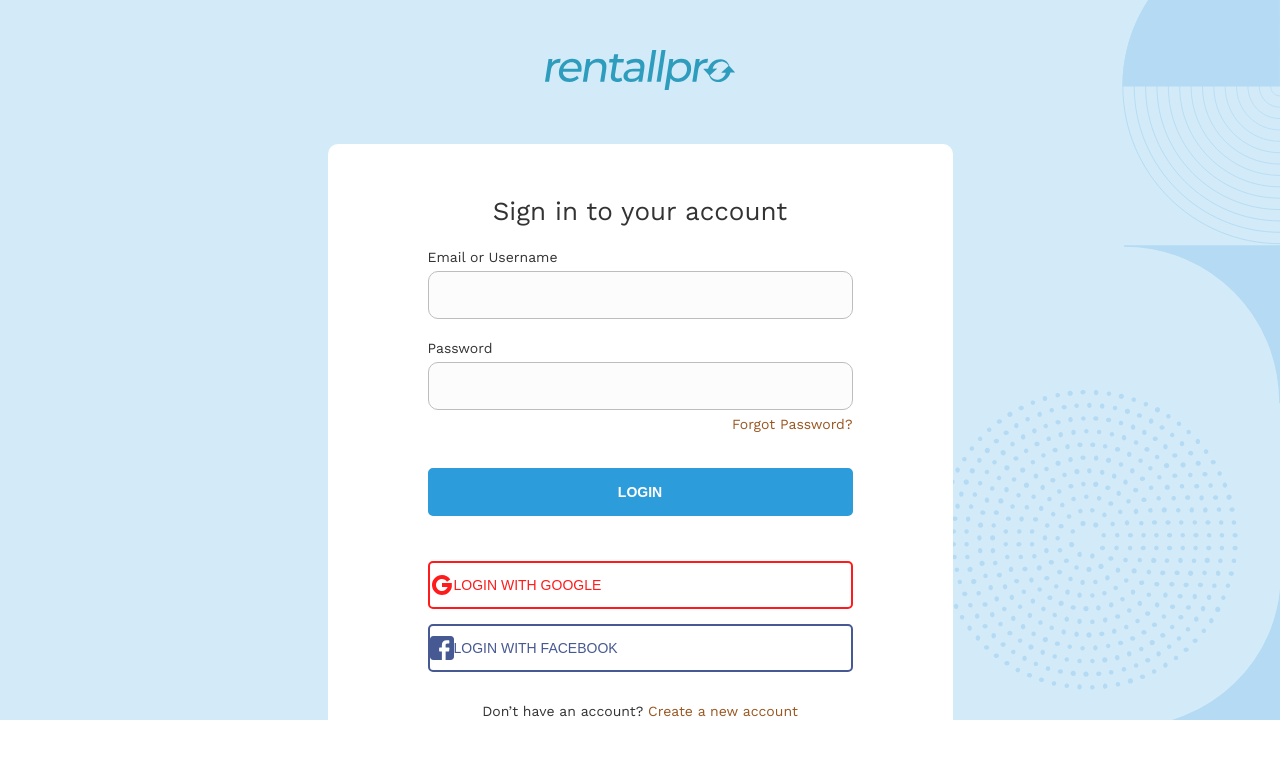
Repository: RentallPro/rentallpro-frontend
Page: /
These files come from the project's save history. The page is drawn as it stood at one moment and after the next save; the edit follows.
The browser window is 1280 px wide. The pictures show the whole page.
The project was rebuilt for these pictures with package versions that can differ from the ones it lists, and the page was loaded fresh each time.

Above is the page before, as saved 2020-12-09 23:26:02.

### public/index.html
<!DOCTYPE html>
<html lang="en">
  <head>
    <meta charset="utf-8">
    <meta http-equiv="X-UA-Compatible" content="IE=edge">
    <meta name="viewport" content="width=device-width,initial-scale=1.0">
    <link rel="icon" href="<%= BASE_URL %>favicon.ico">
    <link href="https://fonts.googleapis.com/css?family=Work+Sans&display=swap" rel="stylesheet">
    <title><%= htmlWebpackPlugin.options.title %></title>
  </head>
  <body>
    <noscript>
      <strong>We're sorry but <%= htmlWebpackPlugin.options.title %> doesn't work properly without JavaScript enabled. Please enable it to continue.</strong>
    </noscript>
    <div id="app"></div>
    <!-- built files will be auto injected -->
  </body>
</html>

### src/App.vue
<template>
  <div id="app">
    <router-view/>
  </div>
</template>

<style lang="scss">
* {
  margin: 0;
  padding: 0;
  box-sizing: border-box;
}
#app {
  font-family: 'Work Sans', sans-serif;
}
button {
  cursor: pointer;
}
</style>

### src/router/index.js
import Vue from 'vue'
import VueRouter from 'vue-router'
import Home from '../views/Auth/Home.vue'

Vue.use(VueRouter)

const routes = [
  {
    path: '/',
    name: 'Home',
    component: Home
  },
  {
    path: '/signup',
    name: 'SignUp',
    // route level code-splitting
    // this generates a separate chunk (about.[hash].js) for this route
    // which is lazy-loaded when the route is visited.
    component: () => import(/* webpackChunkName: "about" */ '../views/Auth/SignUp.vue')
  }
]

const router = new VueRouter({
  mode: 'history',
  base: process.env.BASE_URL,
  routes
})

export default router

### src/views/Auth/Home.vue
<template>
  <div class="auth signin">
    <div class="form-container">
      <div class="logo"><img src="@/assets/logo.svg" alt="logo"></div>
      <div class="form-wrapper">
        <h3 class="form-title">Sign in to your account</h3>
        <div class="input">
          <label for="Email">Email or Username</label>
          <input type="text">
        </div>
        <div class="input">
          <label for="password">Password</label>
          <input type="password">
          <p>Forgot Password?</p>
        </div>
        <button class="login-button button">
          LOGIN
        </button>
        <div class="social-buttons">
          <button class="google-button button">
            <svg width="24" height="24" viewBox="0 0 24 24" fill="none" xmlns="http://www.w3.org/2000/svg">
              <path d="M6 12C6 15.3137 8.68629 18 12 18C14.6124 18 16.8349 16.3304 17.6586 14H12V10H21.8047V14H21.8C20.8734 18.5645 16.8379 22 12 22C6.47715 22 2 17.5228 2 12C2 6.47715 6.47715 2 12 2C15.445 2 18.4831 3.742 20.2815 6.39318L17.0039 8.68815C15.9296 7.06812 14.0895 6 12 6C8.68629 6 6 8.68629 6 12Z" fill="#FF1B1B"/>
            </svg>
            <span>LOGIN WITH GOOGLE</span>
          </button>
          <button class="facebook-button button">
            <svg width="24" height="24" viewBox="0 0 24 24" fill="none" xmlns="http://www.w3.org/2000/svg">
              <path d="M20.7657 0H3.23405C1.44797 0 0 1.44791 0 3.23405V20.7658C0 22.552 1.44791 23.9999 3.23405 23.9999H11.8806L11.8953 15.4236H9.66721C9.37765 15.4236 9.14264 15.1895 9.14152 14.8999L9.13084 12.1354C9.12972 11.8443 9.36544 11.6077 9.65659 11.6077H11.8806V8.93651C11.8806 5.83661 13.7739 4.14869 16.5392 4.14869H18.8083C19.0986 4.14869 19.3341 4.38406 19.3341 4.67444V7.00547C19.3341 7.29573 19.0988 7.53104 18.8086 7.53122L17.4161 7.53187C15.9122 7.53187 15.621 8.24648 15.621 9.29522V11.6078H18.9255C19.2404 11.6078 19.4847 11.8827 19.4476 12.1954L19.1199 14.9599C19.0885 15.2244 18.8642 15.4237 18.5978 15.4237H15.6357L15.621 24H20.7658C22.5519 24 23.9998 22.5521 23.9998 20.766V3.23405C23.9998 1.44791 22.5519 0 20.7657 0Z" fill="#475993"/>
            </svg>
            <span>LOGIN WITH FACEBOOK</span>
          </button>
        </div>
        <p class="option">Don’t have an account? <span><router-link :to="{name: 'SignUp'}">Create a new account</router-link></span></p>
      </div>
    </div>
  </div>
</template>

<script>
// @ is an alias to /src

export default {
  name: 'Home',
  components: {
  }
}
</script>

<style lang="scss" src="./Home.scss" scoped></style>

### src/views/Auth/Home.scss
.signin {
    height: 100vh;
    padding-top: 50px;
}
.signup {
    padding: 100px 0;
}
.auth {
    background: #D3EAF8;
    background-image: url(../../assets/Patern.svg);
    background-repeat: no-repeat;
    background-position-y: top;
    background-position-x: right;
    width: 100%;
    .form-container {
        max-width: 625px;
        display: block;
        margin: auto;
        .button {
            height: 48px;
            width: 100%;
            border-radius: 5px;
            font-size: 14px;
            line-height: 18px;
        }
        .logo {
            text-align: center;
        }
        .form-wrapper {
            width: 100%;
            padding: 50px 100px;
            background: #FFFFFF;
            border-radius: 10px;
            margin-top: 50px;
            .form-title {
                font-style: normal;
                font-weight: 500;
                font-size: 26px;
                line-height: 34px;
                color: #333333;
                text-align: center;
            }
            .input {
                display: flex;
                flex-direction: column;
                margin-top: 20px;
                label {
                    font-style: normal;
                    font-weight: normal;
                    font-size: 14px;
                    line-height: 18px;
                    color: #333333;
                }
                input {
                    height: 48px;
                    background: #FCFCFC;
                    border: 1px solid #BDBDBD;
                    border-radius: 10px;
                    margin-top: 5px;
                }
                p {
                    font-weight: normal;
                    font-size: 14px;
                    line-height: 18px;
                    color: #995620;
                    text-align: right;
                    margin-top: 5px;
                }
            }
            .login-button {
                background: #2D9CDB;
                border: 2px solid #2D9CDB;
                font-style: normal;
                font-weight: bold;
                color: #FFFFFF;
                margin-top: 35px;
            }
            .social-buttons {
                margin-top: 45px;
                .google-button {
                    display: flex;
                    align-items: center;

                    color: #FF1B1B;
                    border: 2px solid #FF1B1B;
                    font-weight: 500;
                    background-color: #FFFFFF;
                }
                .facebook-button {
                    display: flex;
                    align-items: center;

                    color: #475993;
                    border: 2px solid #475993;
                    background-color: #FFFFFF;
                    font-weight: 500;
                    margin-top: 15px;
                }
            }
            .option {
                font-style: normal;
                font-weight: normal;
                font-size: 14px;
                line-height: 18px;
                color: #333333;
                text-align: center;
                margin-top: 30px;
                a {
                    color: #995620;
                    text-decoration: none;
                }
            }
        }
    }
}
@media screen and (max-width: 768px) {
    .signin {
        height: auto;
    }
    .auth {
        background-image: none;
        background-color: #FFFFFF;
        .form-container {
            padding-top: 75px;
            .logo {
                img {
                    height: 24px;
                }
            }
            .form-wrapper {
                padding: 20px;
            }
        }
    }
}

Loaded but not shown: src/main.js (common file); src/store/index.js (common file)

After the next save:
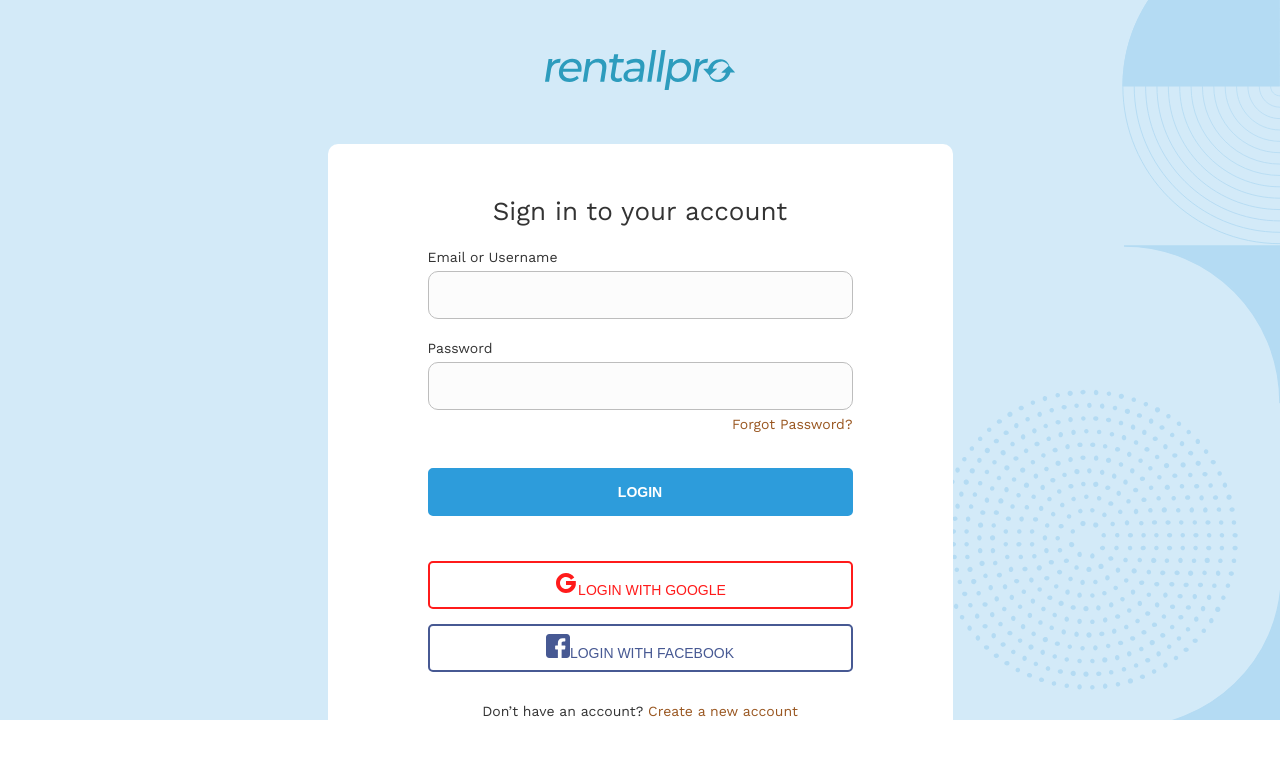
Saved 4 min 10 s later.
--- a/src/views/Auth/Home.scss
+++ b/src/views/Auth/Home.scss
@@ -78,18 +78,16 @@
             .social-buttons {
                 margin-top: 45px;
                 .google-button {
-                    display: flex;
-                    align-items: center;
-
+                    // display: flex;
+                    // align-items: center;
                     color: #FF1B1B;
                     border: 2px solid #FF1B1B;
                     font-weight: 500;
                     background-color: #FFFFFF;
                 }
                 .facebook-button {
-                    display: flex;
-                    align-items: center;
-
+                    // display: flex;
+                    // align-items: center;
                     color: #475993;
                     border: 2px solid #475993;
                     background-color: #FFFFFF;
